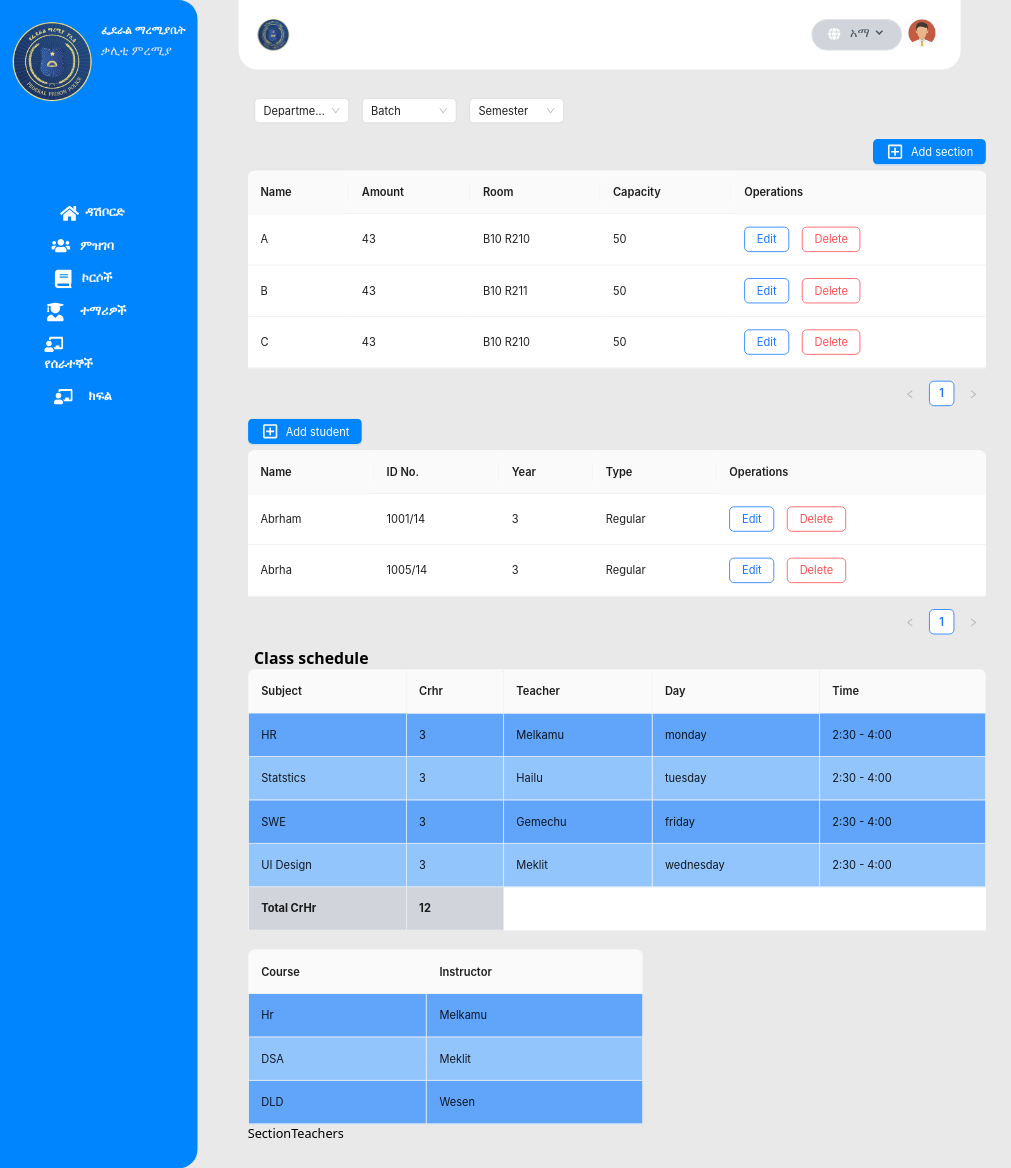
Repository: Yigoya/federal-prison-education-ms-frontend
Page: /classroom, after clicking the first element matching `td.ant-table-cell > a`
The author's editor kept a copy of each file at every save. The page is drawn from the files as they stood at one save, then again after the next save.
The browser window is 1280 px wide. The pictures show the whole page, at 79% of full size.
The project was rebuilt for these pictures with package versions that can differ from the ones it lists, and the page was loaded fresh each time. Also part of the build but not shown: vite.config.js, src/App.css, src/pages/DashBoard.jsx, src/pages/Courses.jsx, src/layout/AuthLayout.jsx, src/pages/Login.jsx, src/pages/Teachers.jsx, src/pages/StudentRegistration.jsx and 3 more. Imported but missing from the stored project, and not drawn on this page: src/pages/Students.

Above is the page before, as saved 2024-07-05 09:54:03.

After the next save:
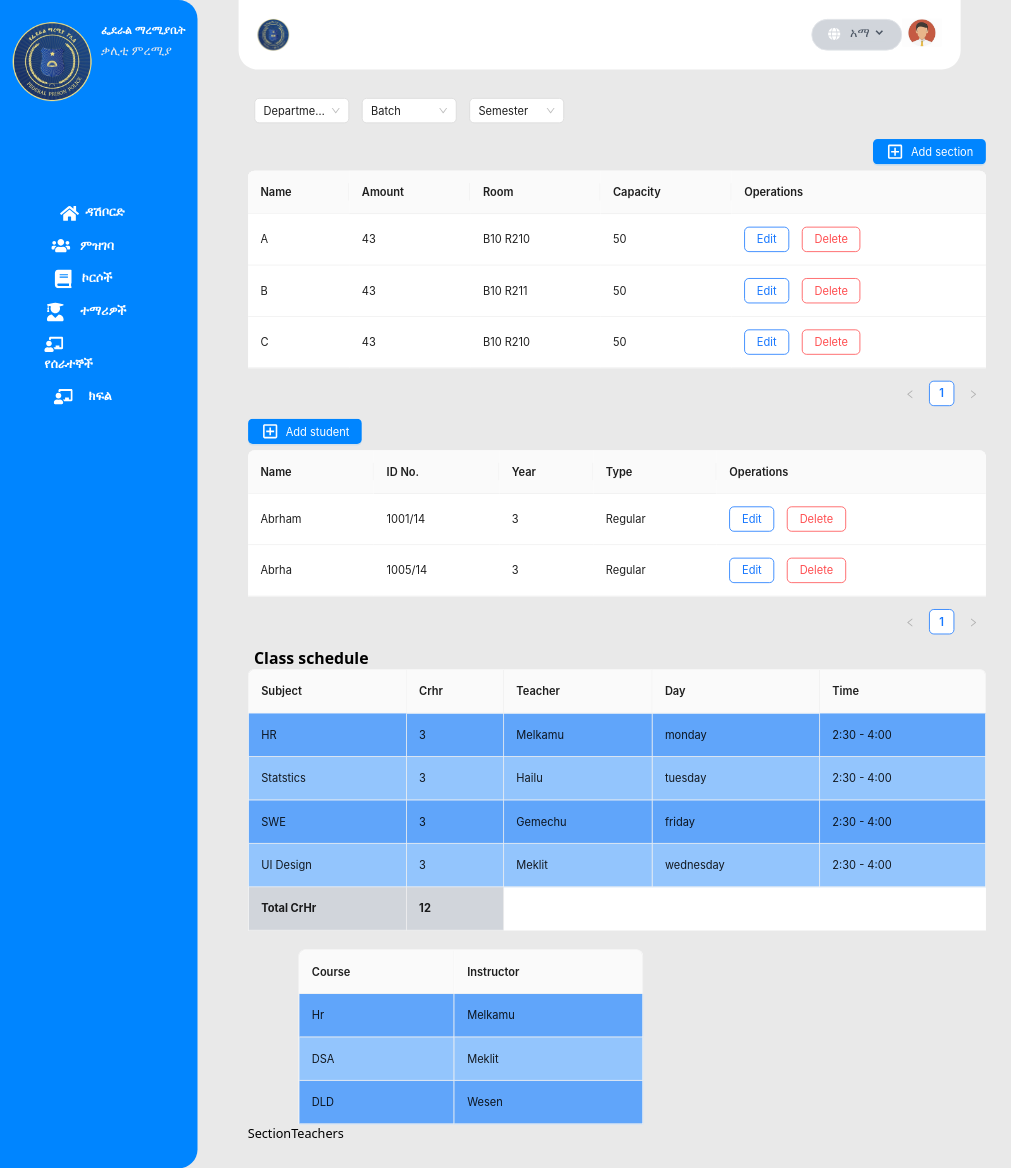
Saved 7 s later.
--- a/src/components/classroom/CoursesList.jsx
+++ b/src/components/classroom/CoursesList.jsx
@@ -29,7 +29,7 @@
 
 const CoursesList = () => (
   <>
-    <div className="w-[500px] pl-">
+    <div className="w-[500px] pl-16">
       <Table
         columns={columns}
         dataSource={data}

After the save that followed:
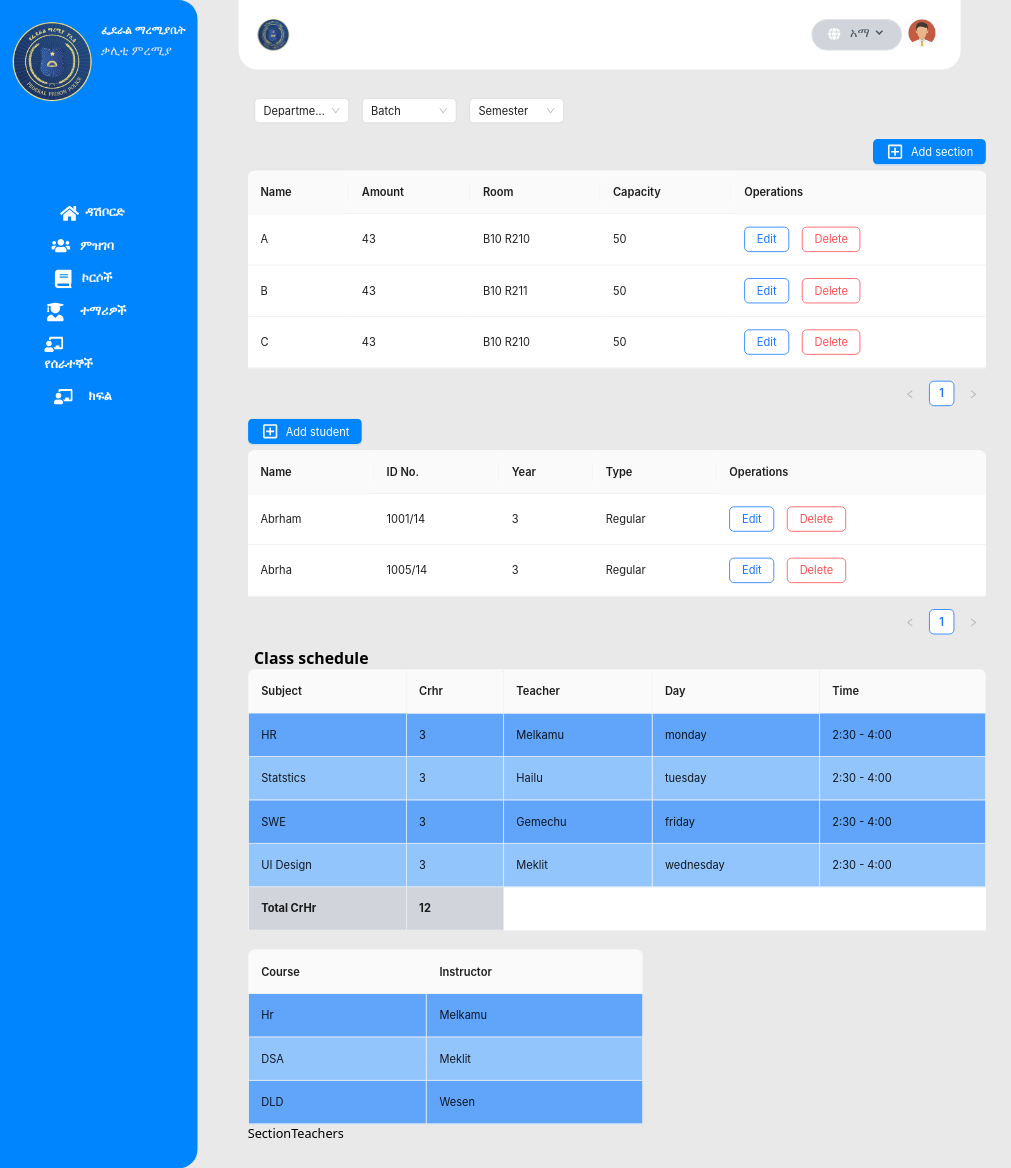
Saved 4 s later.
--- a/src/components/classroom/CoursesList.jsx
+++ b/src/components/classroom/CoursesList.jsx
@@ -29,7 +29,7 @@
 
 const CoursesList = () => (
   <>
-    <div className="w-[500px] pl-16">
+    <div className="w-[500px] pl-">
       <Table
         columns={columns}
         dataSource={data}
